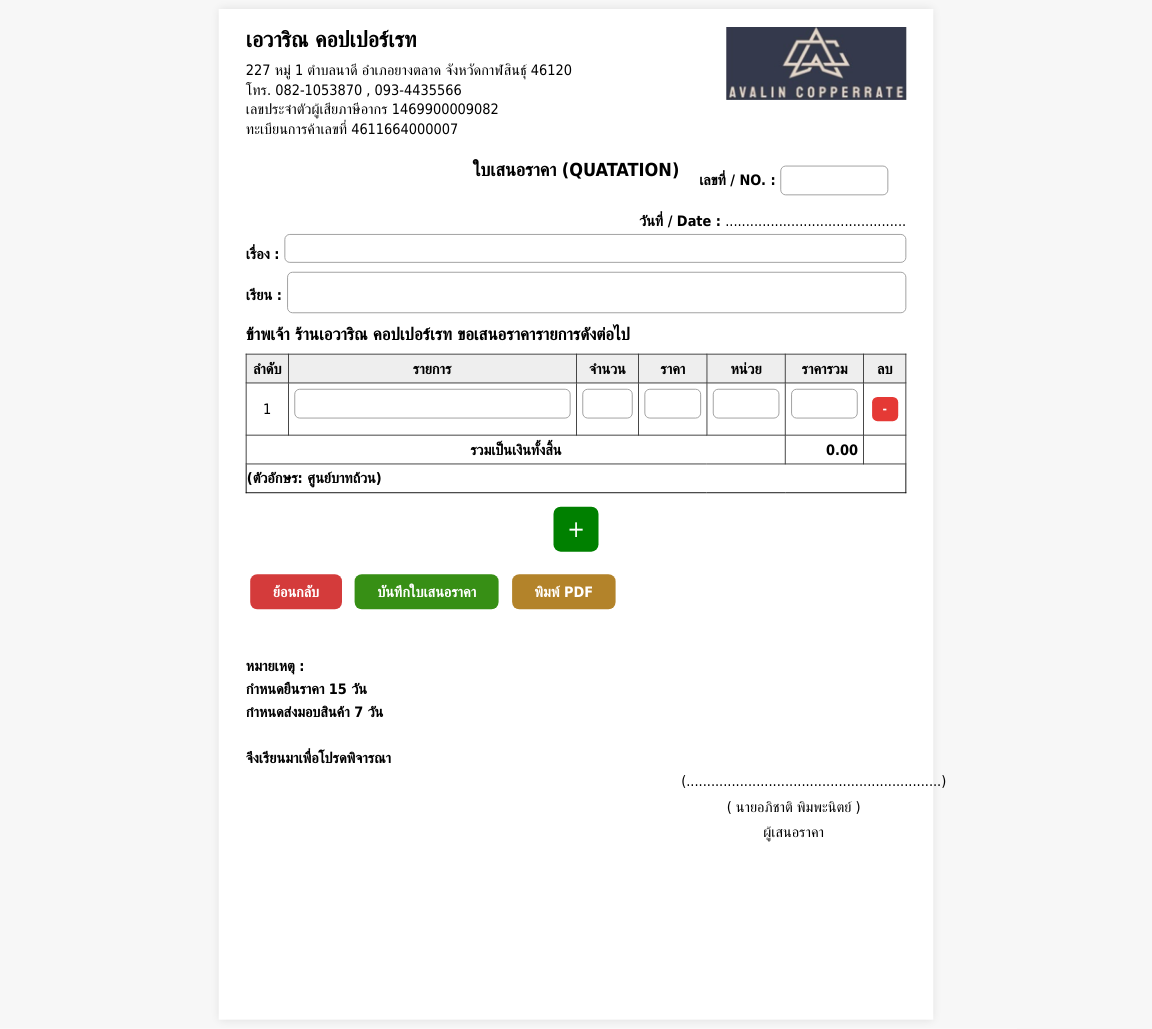
Repository: Hermesmercury88/shop_it
Page: quotations1.html
An editor plug-in stored every save of this project. The page is shown before and after the next save, followed by the edit.
The browser window is 1280 px wide. The pictures show the whole page, at 90% of full size.
Some web fonts or font styles are not loaded; a fallback is used.

Above is the page before, as saved 2025-09-23 09:35:00.

### quotations1.html
<!DOCTYPE html>
<html lang="th">
<head>
<meta charset="UTF-8">
<title>ใบเสนอราคา</title>

<!-- Site Icons -->
<link rel="shortcut icon" href="pic/logo.png" type="image/x-icon" />
<link rel="icon" href="pic/logo.png" type="image/x-icon" />
<link rel="apple-touch-icon" href="pic/logo.png" />
<link href="css/quotations1.css" rel="stylesheet">

</head>
<body>
<div class="container" id="receiptContent">

    <!-- ส่วนหัว -->
    <div class="header-info">
        <div class="company">
            <h2>เอวาริณ  คอปเปอร์เรท</h2>
            <p>227 หมู่ 1 ตำบลนาดี อำเภอยางตลาด จังหวัดกาฬสินธุ์ 46120</p>
            <p>โทร. 082-1053870 , 093-4435566</p>
            <p>เลขประจำตัวผู้เสียภาษีอากร  1469900009082</p>
            <p>ทะเบียนการค้าเลขที่  4611664000007</p>
        </div>
        <div class="logo">
            <img src="./pic/logo.png" alt="logo">
        </div>
    </div>

    <!-- ฟอร์ม -->
    <form action="http://localhost/shop/quotations1.php" method="post" id="receiptForm">

        <div class="doc-title">
            <h2>ใบเสนอราคา (QUATATION)</h2>
            <div class="doc-info">
                <label>เลขที่ / NO. : <input type="text" name="quotation_no" required></label>
                <span><b>วันที่ / Date :</b> ............................................</span>
            </div>
        </div>

        <div class="customer-info">
            <label>เรื่อง : <input type="text" name="subject" required></label><br>
            <label>เรียน : <textarea name="recipient_name" rows="2" required></textarea></label>
        </div>

        <br>
        <h3>ข้าพเจ้า ร้านเอวาริณ คอปเปอร์เรท  ขอเสนอราคารายการดังต่อไป</h3>
        <table id="itemsTable">
            <thead>
                <tr>
                    <th>ลำดับ</th>
                    <th>รายการ</th>
                    <th>จำนวน</th>
                    <th>ราคา</th>
                    <th>หน่วย</th>
                    <th>ราคารวม</th>
                    <th>ลบ</th>
                </tr>
            </thead>
            <tbody>
                <tr>
                    <td>1</td>
                    <td><input type="text" name="item_name[]"></td>
                    <td><input type="number" name="qty[]" class="qty"></td>
                    <td><input type="number" name="price[]" class="price"> </td>
                    <td><input type="text" name="unit[]"></td>
                    <td><input type="text" name="total[]" class="total" readonly></td>
                    <td><button type="button" class="remove-btn">-</button></td>
                </tr>
            </tbody>
            <tfoot>
                <!-- รวมเป็นเงินทั้งสิ้น -->
                 <tr>
                    <td colspan="5" style="text-align:center;font-weight:bold;">รวมเป็นเงินทั้งสิ้น</td>
                    <td style="text-align:right;font-weight:bold;">
                        <span id="grandTotalDisplay">0.00</span>
                    </td>
                    <td></td>
                </tr>
                <!-- ตัวอักษร -->
                 <tr>
                    <td colspan="7" style="text-align:left;font-weight:bold;">
                        (ตัวอักษร: <span id="thaiTextDisplay">ศูนย์บาทถ้วน</span>)
                    </td>
                </tr>
            </tfoot>
        </table>

        <input type="hidden" name="grand_total" id="grand_total_input">

        <button type="button" class="add-btn">+</button>
        <button type="button" class="button btn-back" onclick="window.location.href='index.html'">ย้อนกลับ</button>
        <button type="submit" class="button btn-save">บันทึกใบเสนอราคา</button>
        <button type="button" class="button btn-print" onclick="printPDF()">พิมพ์ PDF</button>
    </form>

<!-- ส่วนท้ายหลังตาราง -->
<div class="footer-section">
  <div class="note">
    <p><strong>หมายเหตุ :</strong></p>
    <p><strong>กำหนดยืนราคา 15 วัน</strong></p>
    <p><strong>กำหนดส่งมอบสินค้า 7 วัน</strong></p>
    <br>
    <p><strong>จึงเรียนมาเพื่อโปรดพิจารณา</strong></p>

</div>

  <div class="signature">
    <br>
    <br>
    <br>
    <p>(..............................................................)</p>
    <p>( นายอภิชาติ พิมพะนิตย์ )</p>
    <p>ผู้เสนอราคา</p>
  </div>

</div>

<script>
// แปลงตัวเลขเป็นภาษาไทย
function numberToThaiText(number) {
    const txtnum = ["ศูนย์","หนึ่ง","สอง","สาม","สี่","ห้า","หก","เจ็ด","แปด","เก้า"];
    const txtdigit = ["","สิบ","ร้อย","พัน","หมื่น","แสน","ล้าน"];
    if(number === 0) return "ศูนย์บาทถ้วน";
    let bahtText = "";
    let numStr = number.toFixed(2).toString();
    let [intPart, decPart] = numStr.split(".");
    let intLen = intPart.length;

    for(let i=0; i<intLen; i++){
        let n = parseInt(intPart.charAt(i));
        let pos = intLen - i - 1;
        if(n!==0){
            if(pos==1 && n==1) bahtText += "สิบ";
            else if(pos==1 && n==2) bahtText += "ยี่สิบ";
            else if(pos==0 && n==1 && intLen>1) bahtText += "เอ็ด";
            else bahtText += txtnum[n] + (pos>0?txtdigit[pos]:"");
        }
    }
    bahtText += "บาท";
    if(decPart=="00") bahtText += "ถ้วน";
    else {
        let d1 = parseInt(decPart.charAt(0));
        let d2 = parseInt(decPart.charAt(1));
        if(d1!=0){
            if(d1==1) bahtText += "สิบ";
            else if(d1==2) bahtText += "ยี่สิบ";
            else bahtText += txtnum[d1]+"สิบ";
        }
        if(d2!=0){
            if(d2==1) bahtText += "เอ็ดสตางค์";
            else bahtText += txtnum[d2]+"สตางค์";
        }
    }
    return bahtText;
}

// คำนวณราคารวม
function calculateTotals() {
    let qtys = document.querySelectorAll(".qty");
    let prices = document.querySelectorAll(".price");
    let totals = document.querySelectorAll(".total");
    let grandTotal = 0;

    qtys.forEach((qty, i) => {
        let q = parseFloat(qty.value) || 0;
        let p = parseFloat(prices[i].value) || 0;
        let sum = q * p;
        totals[i].value = sum.toFixed(2);
        grandTotal += sum;
    });

    // แสดงผลรวม
    document.getElementById("grandTotalDisplay").innerText = grandTotal.toFixed(2);
    document.getElementById("grand_total_input").value = grandTotal.toFixed(2);

    // แสดงตัวอักษร
    document.getElementById("thaiTextDisplay").innerText = numberToThaiText(grandTotal);
}

// event คำนวณอัตโนมัติ
document.addEventListener("input", function(e){
    if(e.target.classList.contains("qty") || e.target.classList.contains("price")){
        calculateTotals();
    }
});

// เพิ่มแถวสินค้า
document.querySelector(".add-btn").addEventListener("click", function(){
    let table = document.getElementById("itemsTable").getElementsByTagName("tbody")[0];
    let rowCount = table.rows.length;
    let row = table.insertRow();
    row.innerHTML = `
        <td>${rowCount+1}</td>
        <td><input type="text" name="item_name[]"></td>
        <td><input type="number" name="qty[]" class="qty"></td>
        <td><input type="number" name="price[]" class="price"></td>
        <td><input type="text" name="unit[]"></td>
        <td><input type="text" name="total[]" class="total" readonly></td>
        <td><button type="button" class="remove-btn">-</button></td>
    `;
});

// ลบแถวสินค้า
document.getElementById("itemsTable").addEventListener("click", function(e){
    if(e.target.classList.contains("remove-btn")){
        let row = e.target.closest("tr");
        row.parentNode.removeChild(row);
        calculateTotals();
        let rows = document.querySelectorAll("#itemsTable tbody tr");
        rows.forEach((r, i) => r.cells[0].innerText = i+1);
    }
});

// ปุ่มพิมพ์ PDF
function printPDF() {
  window.print();
}

</script>
</body>
</html>

### css/quotations1.css
@font-face {
    font-family: "TH SarabunPSK";
    src: url("./fonts/THSarabunPSK.woff2") format("woff2"),
         url("./fonts/THSarabunPSK.woff") format("woff"),
         url("./fonts/THSarabunPSK.ttf") format("truetype");
    font-weight: normal;
    font-style: normal;
}

/* รีเซ็ต */
* {
    margin: 0;
    padding: 0;
    box-sizing: border-box;
    font-family: "TH SarabunPSK", Tahoma, sans-serif;
}

body {
    background: #f7f7f7;
    padding: 10px;
    display: flex;
    justify-content: center;
}

.container {
    background: #fff;
    width: 210mm;       /* กำหนดตรง A4 */
    min-height: 297mm;  /* ความสูง A4 */
    padding: 20px 30px;
    box-shadow: 0 0 10px rgba(0,0,0,0.1);
}

/* ส่วนหัว */
.header-info {
    display: flex;
    justify-content: space-between;
    margin-bottom: 22px;
}

.header-info {
    margin-bottom: 15px;  /* ลดจาก 22px */
}

.doc-title {
    margin: 20px 0 40px;  /* ลดจาก 20px 0 70px */
}




.company {
    width: 65%;
    text-align: left;
}

.company h1 {
    font-size: 30px;
    margin-bottom: 10px;
}

.company h2 {
    font-size: 24px;
    margin-bottom: 10px;
}

.company p {
    font-size: 16px;
    margin: 3px 0;
}

.logo {
    text-align: left;
    margin-bottom: 20px;
}

.logo img {
    width: 200px;
    height: auto;
    display: block;
}

/* หัวใบเสร็จ */
.doc-title {
    text-align: center;
    margin: 20px 0 70px;
    position: relative;
}

.doc-title h2 {
    font-size: 20px;
    font-weight: bold;
}

.doc-info {
    position: absolute;
    right: 0;
    top: 0;
    font-size: 20px;
    text-align: right;
}

.doc-info span {
    display: block;
    margin: 3px 0;
}

.doc-info label,
.doc-info span {
    font-size: 16px;
}

/* เลขที่/NO ให้อยู่บรรทัดเดียวกับ input */
.doc-info label {
  display: inline-block;
  font-weight: bold;
  margin-right: 20px;
}

.doc-info input[type="text"] {
  width: 120px;
  display: inline-block;
}


/* ลูกค้าและที่อยู่ต่อท้าย label */
.customer-info input,
.customer-info textarea {
    margin-bottom: 6px;   /* ลดจาก 12px */
}

.customer-info label {
  display: flex;
  align-items: center;   /* แกนแนวตั้งกลาง */
  margin: -10px 0;             /* ลดช่องว่างบน-ล่าง */
  font-weight: bold;
}

.customer-info input,
.customer-info textarea {
  margin-left: 6px;      /* ช่องว่างระหว่าง label กับ field */
  margin-bottom: 4px;    /* ระยะระหว่างบรรทัดน้อยลง */
  flex: 1;
  font-family: "TH SarabunPSK", sans-serif;
  font-size: 16px;
  padding: 3px 5px;      /* ให้พอดี ไม่สูงมาก */
}

.customer-info textarea {
  resize: none;
  line-height: 1.2;      /* ลดระยะบรรทัด */
  min-height: 25px;      /* ความสูง textarea */
  white-space: normal;
  word-wrap: break-word;
  margin-top: -1px;
}



table { border-collapse: collapse; width: 100%; }
table, th, td { border: 1px solid #000; }
th, td { padding: 5px; text-align: center; }
tfoot td { font-weight: bold; }

.add-btn, .remove-btn { cursor: pointer; }

tfoot .total-row td { border-top: 1px solid #000; }
tfoot .total-row td:first-child { border-right: 1px solid #000; }

/* รวมเป็นเงินทั้งสิ้น */
tfoot td {
  border: 1px solid #333;
}


/* ฟอร์ม */
label {
  font-size: 16px;
  font-weight: bold;
  display: block;
  margin: 8px 0 4px;
}

input[type="text"], textarea, input[type="number"] {
  font-size: 16px;
  padding: 6px;
  border: 1px solid #999;
  border-radius: 6px;
  width: 100%;
  margin-bottom: 12px;
}

/* ตาราง */
table {
  width: 100%;
  border-collapse: collapse;
  margin-top: 10px;
  table-layout: fixed; /* ใช้ความกว้างตามที่กำหนด */
}

table th,
table td {
  border: 1px solid #333;
  padding: 6px;
  text-align: center;
  font-size: 16px;
  word-wrap: break-word;   /* บังคับตัดคำ */
  word-break: break-word;  /* กันข้อความยาวติดกันไม่ตัด */
  white-space: normal;     /* ให้ขึ้นบรรทัดใหม่ได้ */
}

table th {
  background: #eee;
  font-weight: bold;
}



/* กำหนดสัดส่วนคอลัมน์ */
table th:nth-child(1), table td:nth-child(1) { width: 8%; }   /* ลำดับ */
table th:nth-child(2), table td:nth-child(2) { width: 55%; }  /* รายการ (กว้างสุด) */
table th:nth-child(3), table td:nth-child(3) { width: 12%; }  /* จำนวน */
table th:nth-child(5), table td:nth-child(4) { width: 15%; }  /* ราคา/หน่วย */
table th:nth-child(4), table td:nth-child(5) { width: 13%; }  /* หน่วย */
table th:nth-child(6), table td:nth-child(6) { width: 15%; }  /* ราคารวม */
table th:nth-child(7), table td:nth-child(7) { width: 8%; }  /* ลบ */

/* ปุ่ม */
.button {
  display: inline-block;
  font-size: 16px;
  font-weight: bold;
  padding: 10px 25px;
  margin: 10px 5px;
  border: none;
  border-radius: 8px;
  cursor: pointer;
  color: white;
}

.btn-back { background: #d43b3b; }
.btn-save { background: #378f15; }
.btn-print { background: #b3832a; }

.add-btn {
  display: block;
  margin: 15px auto;
  width: 50px;
  height: 50px;
  font-size: 26px;
  background: green;
  color: white;
  border: none;
  border-radius: 8px;
  cursor: pointer;
}

/* ปุ่มลบ */
.remove-btn {
  background-color: #e53935;
  color: white;
  border: none;
  padding: 6px 12px;
  border-radius: 6px;
  cursor: pointer;
  font-weight: bold;
}

.remove-btn:hover {
  background-color: #ef5350;
}

/* รวมเงิน */
.grand-total {
  text-align: right;
  font-weight: bold;
  font-size: 18px;
  margin-top: 15px;
}

/* ลายเซ็น */
.signature {
    width: 250px;          /* กำหนดความกว้างของกล่องลายเซ็น */
    margin-left: auto;      /* ชิดขวา */
    text-align: center;     /* ข้อความภายในชิดกลาง */
    margin-top: 40px;       /* เว้นระยะด้านบน */
    font-family: "TH SarabunPSK", sans-serif;
    font-size: 16px;        /* ขนาดฟอนต์ */
}

/* ส่วนจัด layout หมายเหตุ + ลายเซ็น */
.footer-section {
  display: flex;
  justify-content: space-between; /* ด้านซ้าย - ด้านขวา */
  align-items: flex-start; /* ให้อยู่บนสุดเท่ากัน */
  margin-top: 40px; /* เว้นระยะจากตาราง */
  font-family: "TH SarabunPSK", sans-serif;
  font-size: 16px;
}

/* กล่องหมายเหตุ */
.footer-section .note {
  max-width: 60%; /* กันข้อความล้น */
  line-height: 1.6;
}

/* ลายเซ็น */
.footer-section .signature {
  width: 250px;
  text-align: center;
  margin-left: auto; /* ชิดขวาสุด */
  line-height: 1.8;
}

/* @media print */
/* @media print */
@media print {
  #thaiTextDisplay {
    display: inline-block !important;   /* ให้ span แสดงแน่นอน */
    font-weight: bold !important;
    font-size: 16px !important;
    color: #000 !important;
    text-align: center !important;
    white-space: normal !important;   /* บังคับให้ตัดบรรทัดได้ */
    word-wrap: break-word !important; /* ตัดบรรทัดเมื่อเกิน */
    word-break: break-word !important;
  }

      .container {
        width: 210mm !important;
        min-height: auto !important;  /* ให้สูงตามเนื้อหา ไม่บังคับ 297mm */
        padding: 15mm !important;
        box-shadow: none !important;
    }

    body {
        padding: 0;
    }

  /* ซ่อนปุ่มทั้งหมด */
  .button, .add-btn, .remove-btn {
    display: none !important;
  }

  /* ซ่อนคอลัมน์ลบในตาราง */
  th:last-child, td:last-child {
    display: none !important;
  }

  input, textarea {
    border: none !important;
    outline: none !important;
    background: transparent !important;
    pointer-events: none;
    font-size: 16px !important;   /* ฟอนต์ 16 */
    font-family: "TH SarabunPSK", sans-serif;
    color: #000;
    white-space: normal !important;
    word-wrap: break-word !important;
    word-break: break-word !important;
  }

  input::placeholder, textarea::placeholder {
    color: transparent !important;
  }

  body {
    background: none !important;
    padding: 0 !important;
  }

  .container {
    box-shadow: none !important;
    margin: 0 auto !important;
    width: 210mm !important;
    min-height: 260mm !important;
    background: #fff !important;
    padding: 20px 30px;  /* ลดจาก 30px 40px */
  }

  @page {
    size: A4 portrait;
    margin: 15mm;
  }
}

/* td ที่ครอบ span ใน tfoot */
tfoot tr:last-child td {
  display: table-cell !important;
  text-align: left !important;
  border: none !important;
  padding-left: 0 !important;
  font-size: 16px !important;
  white-space: normal !important;
  word-wrap: break-word !important;
  word-break: break-word !important;
}

/* กำหนดสัดส่วนคอลัมน์ */
table th:nth-child(1), table td:nth-child(1) { width: 8%; }   /* ลำดับ */
table th:nth-child(2), table td:nth-child(2) { width: 55%; }  /* รายการ (กว้างสุด) */
table th:nth-child(3), table td:nth-child(3) { width: 12%; }  /* จำนวน */
table th:nth-child(5), table td:nth-child(4) { width: 15%; }  /* ราคา/หน่วย */
table th:nth-child(4), table td:nth-child(5) { width: 13%; }  /* หน่วย */
table th:nth-child(6), table td:nth-child(6) { width: 15%; }  /* ราคารวม */
.summary-outside {
  display: none !important;
}

/* ข้อความในตาราง */
table th, table td {
  font-size: 16px !important;
  white-space: normal !important;   /* บังคับให้ขึ้นบรรทัด */
  word-wrap: break-word !important;
  word-break: break-word !important;
}

After the next save:
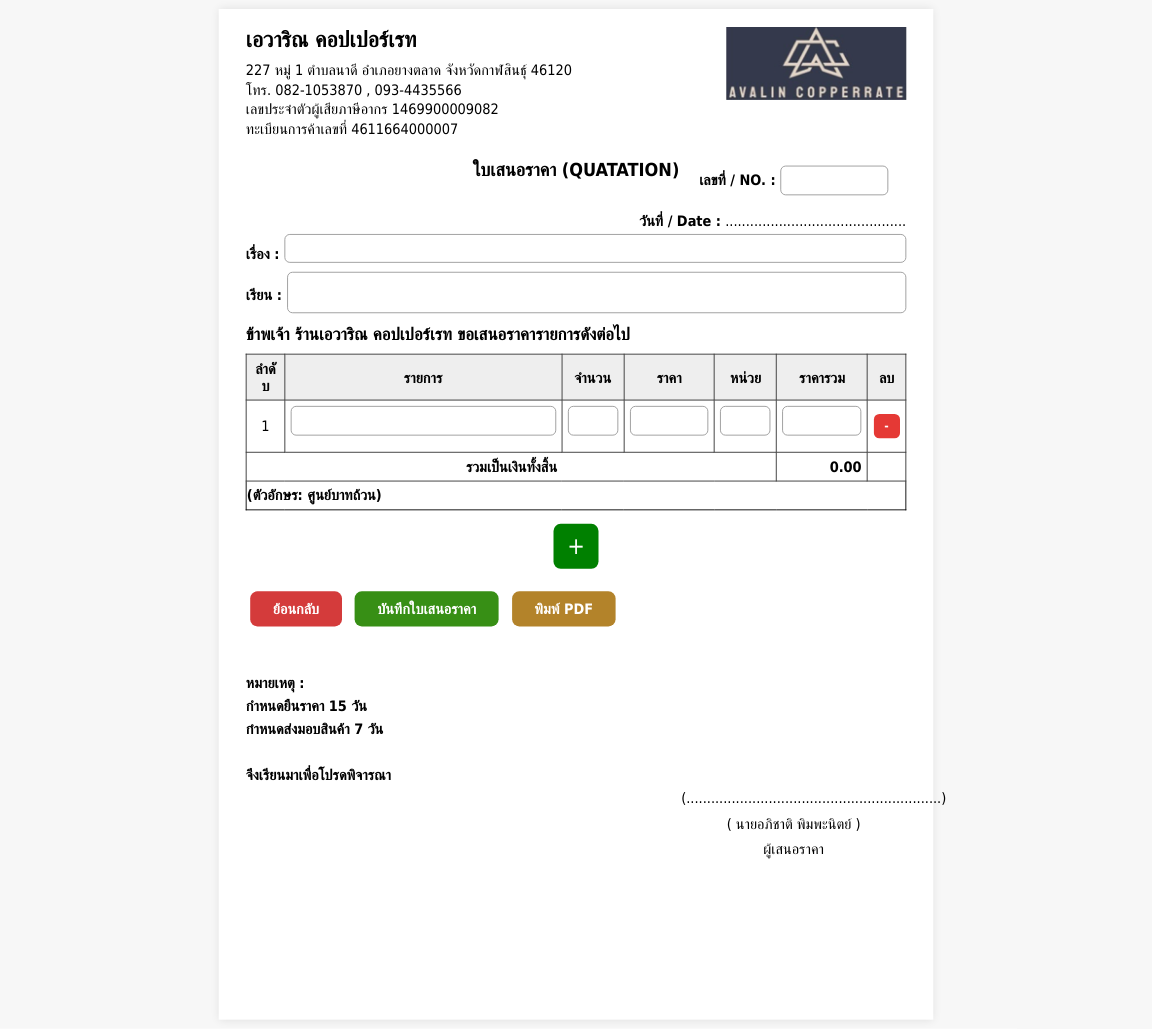
Saved 25 s later.
--- a/css/quotations1.css
+++ b/css/quotations1.css
@@ -331,6 +331,18 @@ table th:nth-child(7), table td:nth-child(7) { width: 8%; }  /* ลบ */
         padding: 15mm !important;
         box-shadow: none !important;
     }
+      .doc-info {
+    display: inline-block;
+    margin-left: 20mm;   /* ขยับไปทางซ้าย-ขวาได้ตามต้องการ */
+    vertical-align: top;
+  }
+
+  .doc-title h2 {
+    display: inline-block;
+    margin: 0;
+    padding: 0;
+    vertical-align: top;
+  }
 
     body {
         padding: 0;
@@ -397,11 +409,12 @@ tfoot tr:last-child td {
 
 /* กำหนดสัดส่วนคอลัมน์ */
 table th:nth-child(1), table td:nth-child(1) { width: 8%; }   /* ลำดับ */
-table th:nth-child(2), table td:nth-child(2) { width: 55%; }  /* รายการ (กว้างสุด) */
-table th:nth-child(3), table td:nth-child(3) { width: 12%; }  /* จำนวน */
-table th:nth-child(5), table td:nth-child(4) { width: 15%; }  /* ราคา/หน่วย */
-table th:nth-child(4), table td:nth-child(5) { width: 13%; }  /* หน่วย */
-table th:nth-child(6), table td:nth-child(6) { width: 15%; }  /* ราคารวม */
+table th:nth-child(2), table td:nth-child(2) { width: 58%; }  /* รายการ (กว้างสุด) */
+table th:nth-child(3), table td:nth-child(3) { width: 13%; }  /* จำนวน */
+table th:nth-child(4), table td:nth-child(4) { width: 19%; }  /* ราคา/หน่วย */
+table th:nth-child(5), table td:nth-child(5) { width: 13%; }  /* หน่วย */
+table th:nth-child(6), table td:nth-child(6) { width: 19%; }  /* ราคารวม */
+
 .summary-outside {
   display: none !important;
 }
